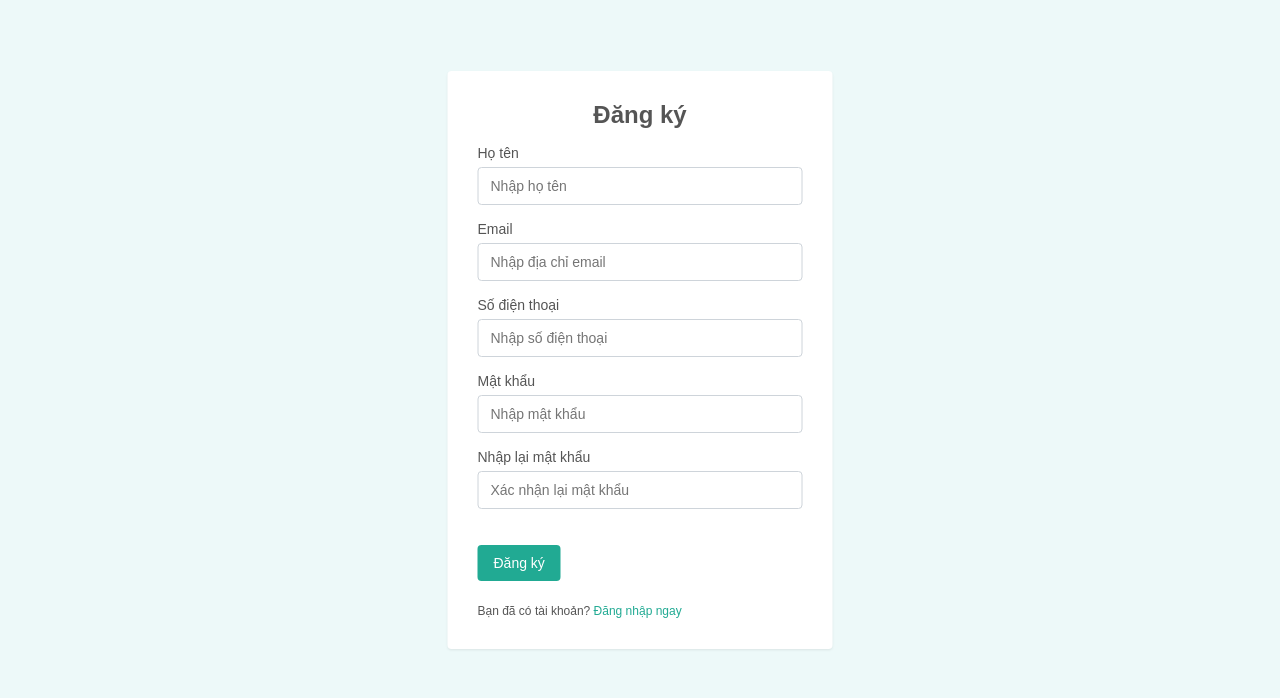
Repository: ntq25012002/chat-app
Page: /register
These files come from the project's save history. The page is drawn as it stood at one moment and after the next save; the edit follows.
The browser window is 1280 px wide. The pictures show the whole page.
The project was rebuilt for these pictures with package versions that can differ from the ones it lists, and the page was loaded fresh each time. Also part of the build but not shown: src/pages/Home/Home.module.scss, src/pages/Home/index.js, src/pages/Login/index.js, src/pages/Profile/index.js, src/pages/Chat/index.js, src/layouts/components/SideBar/SideBar.module.scss, src/layouts/components/SideBar/index.js, src/layouts/DefaultLayout/index.js and 1 more. Imported but missing from the stored project, and not drawn on this page: src/layouts/components/SideBar/SideBarListChat.

Above is the page before, as saved 2023-05-25 15:16:11.

### src/index.js
import React from 'react';
import ReactDOM from 'react-dom/client';
// import './index.css';
import { Provider } from 'react-redux';
import { BrowserRouter as Router} from 'react-router-dom';

import store from '~/store';
import App from './App';
import reportWebVitals from './reportWebVitals';
import GlobalStyles from '~/components/GlobalStyles';

const root = ReactDOM.createRoot(document.getElementById('root'));
root.render(
  <React.StrictMode>
    <GlobalStyles>
      <Provider store={store}>
        <Router>
          <App />

        </Router>
      </Provider>
    </GlobalStyles>
  </React.StrictMode>
);

// If you want to start measuring performance in your app, pass a function
// to log results (for example: reportWebVitals(console.log))
// or send to an analytics endpoint. Learn more: https://bit.ly/CRA-vitals
reportWebVitals();

### src/store/index.js
// store.js
import  {configureStore} from '@reduxjs/toolkit';
import userReducer from '~/reducer/userReducer.js';

// const store = configureStore({
//     reducer: {
//       user: userReducer,
//     },
//   });
// export default store;

// Lưu trạng thái vào localStorage
const saveStateToSessionStorage = (state) => {
  try {
    const serializedState = JSON.stringify(state);
    sessionStorage.setItem('reduxStateUser', serializedState);
  } catch (error) {
    // Xử lý lỗi khi lưu trạng thái
  }
};

// Khôi phục trạng thái từ sessionStorage
const loadStateFromSessionStorage = () => {
  try {
    const serializedState = sessionStorage.getItem('reduxStateUser');
    if (serializedState === null) {
      return undefined; // Trạng thái mặc định nếu không có dữ liệu trong localStorage
    }
    return JSON.parse(serializedState);
  } catch (error) {
    return undefined; // Trạng thái mặc định nếu xảy ra lỗi
  }
};

// Khởi tạo Redux store với trạng thái khôi phục từ sessionStorage
const persistedState = loadStateFromSessionStorage();
const store = configureStore({
  reducer: {
    user: userReducer,
  },
  preloadedState: persistedState, // Sử dụng trạng thái khôi phục từ sessionStorage
});

// Lắng nghe sự thay đổi của Redux state và lưu vào sessionStorage
store.subscribe(() => {
  const state = store.getState();
  saveStateToSessionStorage(state);
});

export default store;

### src/App.js

import React, {Fragment} from 'react';
import { BrowserRouter as Router, Routes, Route, Navigate   } from 'react-router-dom';
import { useSelector } from 'react-redux';
import {publicRoutes, privateRoutes} from '~/routes';
import DefaultLayout from '~/layouts/DefaultLayout';
import NotFound from '~/pages/NotFound';

function App() {
  const isLoggedIn = useSelector((state) => state.user.isLoggedIn);

  return (
    <div className="App">
        <Routes>
          {
            publicRoutes.map((route, index) => {
              if(isLoggedIn && route.path === '/login') {
                return <Route
                  key={index}
                  path={route.path}
                  element={
                    <Navigate to='/' />
                  }
                />
              }

              const Page = route.component;
              let Layout = DefaultLayout;
              if(route.layout) {
                Layout = route.layout;
              }else if(route.layout === null) {
                Layout = Fragment;
              }
              return (
                <Route
                    key={index}
                    path={route.path}
                    element={
                      <Layout>
                        <Page />
                      </Layout>
                    }
                  />
              )
            })
          }


          { // Check isLoginRequired
            isLoggedIn ? privateRoutes.map((route, index) => {
              const Page = route.component;
              let Layout = DefaultLayout;
              if(route.layout) {
                Layout = route.layout;
              }else if(route.layout === null) {
                Layout = Fragment;
              }
              return (
                <Route
                    key={index}
                    path={route.path}
                    element={
                      <Layout>
                        <Page />
                      </Layout>
                    }
                  />
              )
            }) : (
              privateRoutes.map((route, index) => {
                return <Route
                  key={index}
                  path={route.path}
                  element={
                    <Navigate to='/login' />
                  }
                />
              })


            )
          }
          <Route path="*" element={<NotFound />} />
      </Routes>
    </div>
  );
}

export default App;

### src/components/GlobalStyles/index.js
import styles from '~/components/GlobalStyles/GlobalStyle.scss';

function GlobalStyles({ children }) {
    return children
}

export default GlobalStyles;

### src/reducer/userReducer.js
// import { LOGIN_SUCCESS, LOGOUT } from "./constant";
import { createSlice } from '@reduxjs/toolkit';

const initialState = {
  isLoggedIn: false,
  user: null,
};

const userSlice = createSlice({
  name: 'user',
  initialState,
  reducers: {
    loginSuccess: (state, action) => {
      console.log(action);
      state.isLoggedIn = true;
      state.user = action.payload;
    },
    logout: (state) => {
      state.isLoggedIn = false;
      state.user = null;
    },
  },
});

// const userReducer = (state = initialState, action) => {
//   switch (action.type) {
//     case LOGIN_SUCCESS:
//       console.log('isLoggedIn: ', action.payload);
//       return {
//         ...state,
//         isLoggedIn: true,
//         user: action.payload
//       };
//     case LOGOUT:
//       return {
//         ...state,
//         isLoggedIn: false,
//         user: null,
//       };
//     default:
//       return state;
//   }
// };


export const { loginSuccess, logout } = userSlice.actions;
export default userSlice.reducer;

// export {initialState};

### src/routes/index.js
import Home from '~/pages/Home';
import Login from '~/pages/Login';
import Register from '~/pages/Register';
import Profile from '~/pages/Profile';
import Chat from '~/pages/Chat';

const publicRoutes = [
    {path: '/login', component: Login, layout: null},
    {path: '/register', component: Register, layout: null},
]

const privateRoutes = [
    // {route: '/dashboard', component: Dashboard},
    {path: '/', component: Home},
    {path: '/profile', component: Profile},
    {path: '/chat/:user/:id', component: Chat},

]

export {publicRoutes, privateRoutes}

### src/components/GlobalStyles/GlobalStyle.scss
@import url("https://fonts.googleapis.com/css2?family=Poppins:wght@200;300;400;500;600;700&display=swap");

$heightHeader: 60px;
$widthPage: 100%;
$textColorPrimary: #555555;
$colorPrimary: #21aa93;
$textColorSecond: #161823bf;
$bg-layout: #f3f2ef;
:root {
    --width-page: 100%;
    --height-header: 60px;
    --color-primary: #21aa93;
    --text-color-primary: #555555;
    --text-coloe-second: #161823bf;
    --color-white: #FFFFFFFF;
    --border-color: #0000001f;
    --background-hover: rgb(22 24 35 / 3%);
    --bg-layout: #f3f2ef;
}

html {
    font-size:62.5%
}

* {
    margin: 0;
    padding: 0;
    box-sizing: border-box;
}

body {
    // font-family: 'Montserrat', sans-serif;
    // font-family: 'Roboto', sans-serif;
    font-family: ProximaNova, Arial, Tahoma, PingFangSC, sans-serif;
    font-size: 1.6rem;
    text-rendering: optimizeSpeed;
    color: $textColorPrimary;
}

button, input, [tabindex] {
    border: none;
    outline: none;
}

a[href] {
    color: $textColorPrimary;
    text-decoration: none;
}

.wrapper {
    margin: 0 auto;
    display: flex;
    align-items: space-between;
    flex-direction: column;
    background-color: $bg-layout;
}

.container {
    max-width: $widthPage;
    width: $widthPage;
    margin: 0 auto;
    display: flex;
}
.content {
    flex: 1;
    background-color: #FFFFFFFF;
}
// BUTTON
button{
    background-color: transparent;
    border: none;
    &:hover {
        cursor: pointer;
    }
}
.btn {
    padding: 10px 14px;
    border-radius: 4px;
    &:hover{
        cursor: pointer;
    }
}
.btn-primary {
    background-color: $colorPrimary;
    color: #FFFFFFFF;
}

### src/pages/Register/index.js
import React from 'react';
import AuthForm from '~/layouts/components/AuthForm';
import { useNavigate } from 'react-router-dom';
import { useDispatch } from 'react-redux';
import {loginSuccess} from '~/reducer/userReducer.js';

function Register () {

    const dispatch = useDispatch();

    const initialFormData = {
        email: '',
        phone: '',
        password: '',
        name: '',
    }

    const register = (data) => {
        console.log(data)

        try {
            const {name, password, email, phone} = data;

            dispatch(loginSuccess(name, password, email, phone));
        }
        catch (error) {
            console.log(error)
        }

    }

    const handleRegister = (formData) => {
        register(formData)
    }

    return (
       <>
            <AuthForm onSubmit={handleRegister} registerForm={true} initialFormData={initialFormData} buttonText='Đăng ký' title='Đăng ký' link="/login" linkText='Đăng nhập ngay' />
       </>
    )
}

export default Register;

### src/layouts/components/AuthForm/index.js
import React, {useState, useRef} from 'react';
import {Link} from 'react-router-dom'
import classNames from 'classnames/bind';
import images from '~/assets/images';
import styles from './AuthForm.module.scss';

const cx = classNames.bind(styles);

function AuthForm( {...props} ) {
    const formRef = useRef();
    const [formData, setFormData] = useState(props.initialFormData);
    const [errors, setErrors] = useState({})

    const validateForm = () => {
        let isValid = true;
        const newErrors = {};
        const emailRegex = /^(([^<>()\[\]\\.,;:\s@"]+(\.[^<>()\[\]\\.,;:\s@"]+)*)|(".+"))@((\[[0-9]{1,3}\.[0-9]{1,3}\.[0-9]{1,3}\.[0-9]{1,3}\])|(([a-zA-Z\-0-9]+\.)+[a-zA-Z]{2,}))$/;
        const phoneRegex = /[0-9`!@#$%^&*()_+\-=\[\]{};':"\\|,.<>\/?~]/;
        // const passwordRegex = /^(?=.*[a-z])(?=.*[A-Z])(?=.*\d)(?=.*[@$!%*?&])[A-Za-z\d@$!%*?&]{8,}$/;
        if(props.loginForm) {
            if(!formData.username ) {
                newErrors.username = 'Vui lòng nhập email hoặc số điện thoại';
                isValid = false;
            } else if( isNaN(formData.username) && !emailRegex.test(formData.username)) {
                newErrors.username = 'Email chưa đúng định dạng';
                isValid = false;
            }else if(!isNaN(formData.username) && phoneRegex.test(formData.username)) {
                newErrors.username = 'Số điện thoại chưa đúng định dạng';
                isValid = false;
            }
        }

        if (!formData.password) {
          newErrors.password = 'Vui lòng nhập mật khẩu';
          isValid = false;
        }

        // Xử lý validate các trường input đặc biệt trong form đăng ký
        if(props.registerForm) {
            if (!formData.name) {
                newErrors.name = 'Nhập họ tên';
                isValid = false;
              }

              if (!formData.phone) {
                newErrors.phone = 'Nhập số điện thoại';
                isValid = false;
              }
        }

        setErrors(newErrors);
        return isValid;
      };

      const handleSubmit = (e) => {
        e.preventDefault();
        console.log(errors);
        return;
        // const data = new FormData(formRef.current);

        if (validateForm()) {
            props.onSubmit(formData);
        } else {
          console.log('Form validation failed:', errors);
        }
      };

    const handleInputChange = (e) => {

        setFormData({
          ...formData,
            [e.target.name]: e.target.value
        });

    }

    return (
        <div className={cx('wrapper')}>
            <div className={cx('content')} >
                <img src={images.bg_login} alt="" />
                <div className={cx('form-container')}>
                    <div className={cx('title')}>
                        <h2>{props.title}</h2>
                    </div>
                    <form className={cx('form', 'form-data')} ref={formRef} onSubmit={handleSubmit}>

                        { // Login form
                            props.loginForm && (
                                <>
                                    <div className={cx('form-group')}>
                                        <label className={cx('form-label')}>Email hoặc số điện thoại</label>
                                        <input type="text" onChange={handleInputChange} value={formData.username} name='username' className={cx('form-control')} placeholder='Nhập email hoặc số điện thoại'/>
                                    </div>
                                    <div className={cx('form-group')}>
                                        <label className={cx('form-label')}>Mật khẩu</label>
                                        <input type="password" onChange={handleInputChange} value={formData.password} name='password' className={cx('form-control')} placeholder='Nhập mật khẩu'/>
                                    </div>
                                    <div className='d-flex'>
                                        <div className={cx('form-control')}>
                                            <input type="checkbox" className={cx('check_remember')} />
                                            <label className={cx('remember_login')}>Ghi nhớ đăng nhập</label>
                                        </div>
                                    </div>
                                </>
                            )
                        }

                        {   //Register form
                            props.registerForm && (
                                <>
                                    {/* <div className={cx('form-group')}>
                                        <label className={cx('form-label-file')}>Ảnh đại diện</label>
                                        <input type="file" onChange={handleInputChange} accept='image/*' name='avatar'/>
                                    </div> */}
                                    <div className={cx('form-group')}>
                                        <label className={cx('form-label')}>Họ tên</label>
                                        <input type="text"  onChange={handleInputChange} name='name' className={cx('form-control')} placeholder='Nhập họ tên'/>
                                    </div>
                                    <div className={cx('form-group')}>
                                        <label className={cx('form-label')}>Email</label>
                                        <input type="text" onChange={handleInputChange} name='email' className={cx('form-control')} placeholder='Nhập địa chỉ email'/>
                                    </div>
                                    <div className={cx('form-group')}>
                                        <label className={cx('form-label')}>Số điện thoại</label>
                                        <input type="text" onChange={handleInputChange} name='phone' className={cx('form-control')} placeholder='Nhập số điện thoại'/>
                                    </div>
                                    <div className={cx('form-group')}>
                                        <label className={cx('form-label')}>Mật khẩu</label>
                                        <input type="password"  onChange={handleInputChange} name='password' className={cx('form-control')} placeholder='Nhập mật khẩu'/>
                                    </div>
                                    <div className={cx('form-group')}>
                                        <label className={cx('form-label')}>Nhập lại mật khẩu</label>
                                        <input type="password"  onChange={handleInputChange} name='repassword' className={cx('form-control')} placeholder='Xác nhận lại mật khẩu'/>
                                    </div>

                                </>
                            )
                        }

                        <button className={cx('btn-submit')}>{props.buttonText}</button>

                        <div>
                            <span>Bạn đã có tài khoản? </span> <Link to={props.link} className={cx('register_link')}>{props.linkText}</Link>
                        </div>
                    </form>
                </div>
            </div>
        </div>
    )

}

export default AuthForm;

### src/assets/images/index.js
const images = {
    logo: require('~/assets/images/logo.svg').default,
    bg_login: require('~/assets/images/signin-img-cyan.svg').default
}

export default images;

### src/layouts/components/AuthForm/AuthForm.module.scss
.wrapper {
    background-color: rgb(237, 249, 249);
}
.content {
    height: 100vh;
    display: flex;
    justify-content: center;
    align-items: center;
    flex-direction: column;
    position: relative;

    .form-container {
        position: absolute;
        top: 50%;
        left: 50%;
        transform: translate(-50%, -50%);
        box-shadow: 0 0.125rem 0.25rem rgba(0,0,0,0.075);
        padding: 30px;
        background-color: #ffffff;
        border-radius: 4px;
        .title {
            margin-bottom: 16px;
            h2 {
                text-align: center;
            }
        }
        .form-group {
            display: flex;
            flex-direction: column;
            .form-label {
                text-align: left;
                font-size: 14px;
                margin-bottom: 6px;
            }
            .form-control {
                padding: 10px 12px;
                border: 1px solid #ced4da;
                border-radius: 4px;
                font-size: 14px;
                min-width: 325px;
                margin-bottom: 16px;
                &:focus {
                    border: 1px solid #21aa93;

                    outline: #21aa93;
                }
            }
        }
        .btn-submit {
            margin-top: 20px;
            margin-bottom: 20px;
            padding: 10px 16px;
            font-size: 14px;
            border-radius: 4px;
            background-color: var(--color-primary);
            color: #ffffff;

            &:hover {
                background-color: darken(#21aa93, 10%);
                cursor: pointer;
            }
        }
        .check_remember {
            accent-color: var(--color-primary);
        }
        .remember_login {
            font-size: 14px;
            padding-left: 8px;
        }
        span {
            font-size: 12px;
        }
        .register_link {
            font-size: 12px;
            color: var(--color-primary);
        }
    }
}

Loaded but not shown: public/index.html (common file); src/reportWebVitals.js (common file)

After the next save:
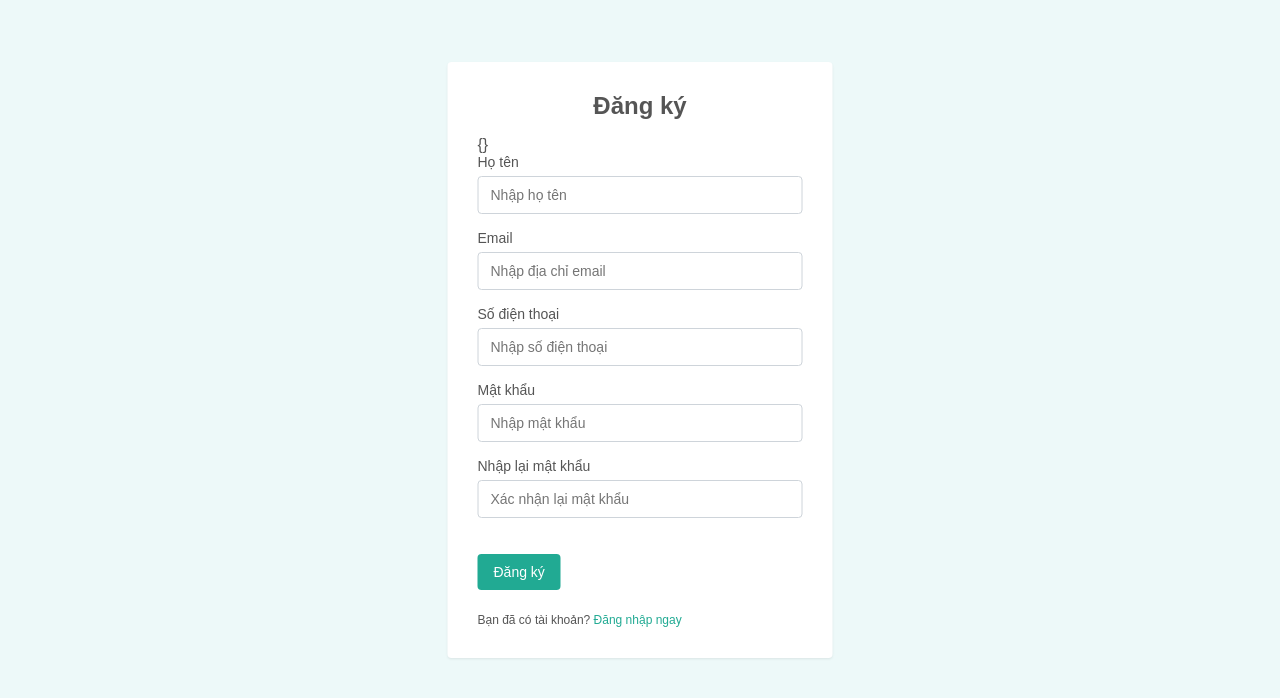
Saved 113 s later.
--- a/src/layouts/components/AuthForm/index.js
+++ b/src/layouts/components/AuthForm/index.js
@@ -17,6 +17,7 @@ function AuthForm( {...props} ) {
         const emailRegex = /^(([^<>()\[\]\\.,;:\s@"]+(\.[^<>()\[\]\\.,;:\s@"]+)*)|(".+"))@((\[[0-9]{1,3}\.[0-9]{1,3}\.[0-9]{1,3}\.[0-9]{1,3}\])|(([a-zA-Z\-0-9]+\.)+[a-zA-Z]{2,}))$/;
         const phoneRegex = /[0-9`!@#$%^&*()_+\-=\[\]{};':"\\|,.<>\/?~]/;
         // const passwordRegex = /^(?=.*[a-z])(?=.*[A-Z])(?=.*\d)(?=.*[@$!%*?&])[A-Za-z\d@$!%*?&]{8,}$/;
+
         if(props.loginForm) {
             if(!formData.username ) {
                 newErrors.username = 'Vui lòng nhập email hoặc số điện thoại';
@@ -82,6 +83,9 @@ function AuthForm( {...props} ) {
                     <div className={cx('title')}>
                         <h2>{props.title}</h2>
                     </div>
+
+                    {errors && JSON.stringify(errors)}
+
                     <form className={cx('form', 'form-data')} ref={formRef} onSubmit={handleSubmit}>
 
                         { // Login form
